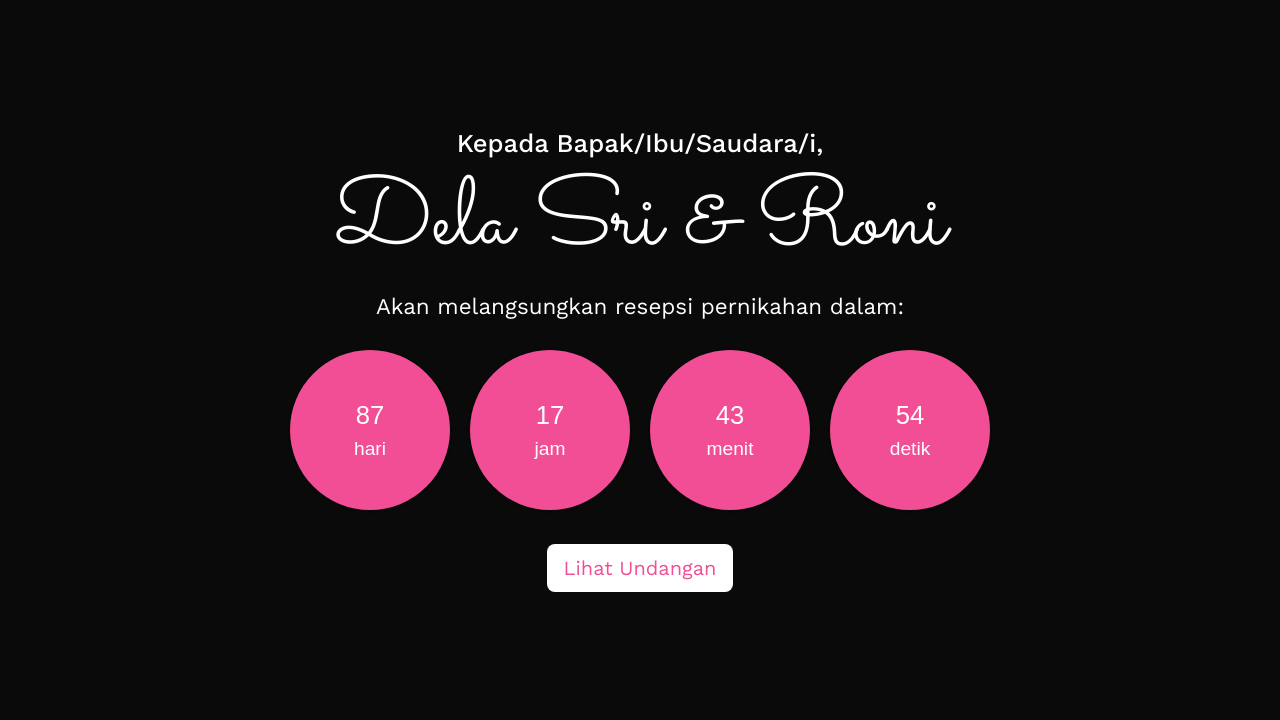
Repository: sellayspy/invitation
Page: index.html
An editor plug-in stored every save of this project. The page is shown before and after the next save, followed by the edit.
The browser window is 1280 px wide. The pictures show the whole page.

Above is the page before, as saved 2024-07-08 15:00:06.

### index.html
<!DOCTYPE html>
<html lang="en">
  <head>
    <meta charset="utf-8" />
    <meta name="viewport" content="width=device-width, initial-scale=1" />
    <title>Dela & Roni</title>
    <link
      href="https://cdn.jsdelivr.net/npm/bootstrap@5.3.3/dist/css/bootstrap.min.css"
      rel="stylesheet"
      integrity="sha384-QWTKZyjpPEjISv5WaRU9OFeRpok6YctnYmDr5pNlyT2bRjXh0JMhjY6hW+ALEwIH"
      crossorigin="anonymous"
    />
    <link rel="preconnect" href="https://fonts.googleapis.com" />
    <link rel="preconnect" href="https://fonts.gstatic.com" crossorigin />
    <link
      href="https://fonts.googleapis.com/css2?family=Sacramento&family=Work+Sans:ital,wght@0,100..900;1,100..900&display=swap"
      rel="stylesheet"
    />

    <!--Simple Coutdown-->
    <link rel="stylesheet" href="coutdown/simplyCountdown.theme.default.css" />
    <script src="coutdown/simplyCountdown.min.js"></script>

    <link rel="stylesheet" href="style.css" />
  </head>
  <body>
    <section
      id="hero"
      class="hero w-100 h-100 p-3 mx-auto text-center d-flex justify-content-center align-items-center text-white"
    >
      <main>
        <h4>Kepada Bapak/Ibu/Saudara/i,</h4>
        <h1>Dela Sri & Roni</h1>
        <p>Akan melangsungkan resepsi pernikahan dalam:</p>
        <div class="simply-countdown"></div>
        <a href="#undangan" class="btn btn-lg mt-4">Lihat Undangan</a>
      </main>
    </section>
    <script
      src="https://cdn.jsdelivr.net/npm/bootstrap@5.3.3/dist/js/bootstrap.bundle.min.js"
      integrity="sha384-YvpcrYf0tY3lHB60NNkmXc5s9fDVZLESaAA55NDzOxhy9GkcIdslK1eN7N6jIeHz"
      crossorigin="anonymous"
    ></script>

    <script>
      simplyCountdown(".simply-countdown", {
        year: 2024, // required
        month: 10, // required
        day: 4, // required
        hours: 8, // Default is 0 [0-23] integer
        words: {
          //words displayed into the countdown
          days: { singular: "hari", plural: "hari" },
          hours: { singular: "jam", plural: "jam" },
          minutes: { singular: "menit", plural: "menit" },
          seconds: { singular: "detik", plural: "detik" },
        },
      });
    </script>
  </body>
</html>

### coutdown/simplyCountdown.theme.default.css
.simply-countdown {
  overflow: hidden;
  display: table;
  font-family: "Arial", sans-serif;
  margin: auto;
}
.simply-countdown > .simply-section {
  width: 50px;
  height: 50px;
  padding: 80px;
  display: flex;
  align-items: center;
  justify-content: center;
  float: left;
  margin: 10px;
  background: var(--pink);
  box-shadow: 0 1px 3px rgba(0, 0, 0, 0.12), 0 1px 2px rgba(0, 0, 0, 0.24);
  border-radius: 50%;
}
.simply-countdown > .simply-section .simply-amount,
.simply-countdown > .simply-section .simply-word {
  display: block;
  text-align: center;
}
.simply-countdown > .simply-section .simply-amount {
  font-size: 1.6rem;
}

### style.css
:root {
  --pink: #f14e95;

  --bg: #0a0a0a;

  --shadow: 0 2px 2px rgb(0, 0, 0/ 0.5);
}

body {
  font-size: 1.2rem;
  font-family: "Work Sans", sans-serif;
}

.hero::before {
  content: "";
  position: absolute;
  top: 0;
  left: 0;
  height: 100%;
  width: 100%;
  background-image: url(img);
}

.hero {
  min-height: 100vh;

  background-color: var(--bg);
}

.hero h1 {
  font-family: "Sacramento", cursive;
  font-size: 6rem;
}

.hero h4 {
  font-size: 1.6rem;
}

.hero p {
  font-size: 1.4rem;
}

.hero a {
  color: var(--pink);

  background-color: white;
}

.hero a:hover {
  background-color: var(--pink);
  color: white;
}

### img/index.html
<!DOCTYPE html>
<html lang="en">
  <head>
    <meta charset="utf-8" />
    <meta name="viewport" content="width=device-width, initial-scale=1" />
    <title>Invitation Wedding/title>
    <link
      href="https://cdn.jsdelivr.net/npm/bootstrap@5.3.3/dist/css/bootstrap.min.css"
      rel="stylesheet"
      integrity="sha384-QWTKZyjpPEjISv5WaRU9OFeRpok6YctnYmDr5pNlyT2bRjXh0JMhjY6hW+ALEwIH"
      crossorigin="anonymous"
    />
  </head>
  <body>
    <h1>Hello, world!</h1>
    <script
      src="https://cdn.jsdelivr.net/npm/bootstrap@5.3.3/dist/js/bootstrap.bundle.min.js"
      integrity="sha384-YvpcrYf0tY3lHB60NNkmXc5s9fDVZLESaAA55NDzOxhy9GkcIdslK1eN7N6jIeHz"
      crossorigin="anonymous"
    ></script>
  </body>
</html>

Loaded but not shown: coutdown/simplyCountdown.min.js (library)

After the next save:
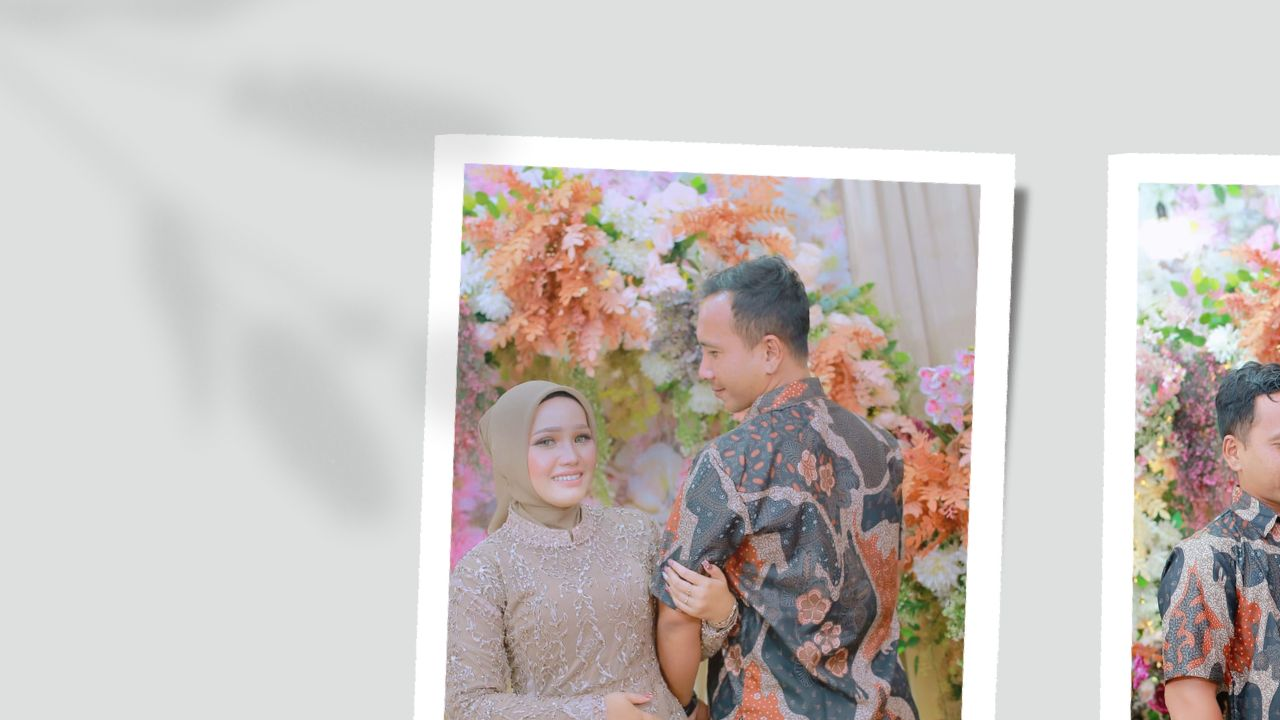
Saved 13 s later.
--- a/style.css
+++ b/style.css
@@ -18,7 +18,7 @@ body {
   left: 0;
   height: 100%;
   width: 100%;
-  background-image: url(img);
+  background-image: url(img/Sampul.jpg);
 }
 
 .hero {
